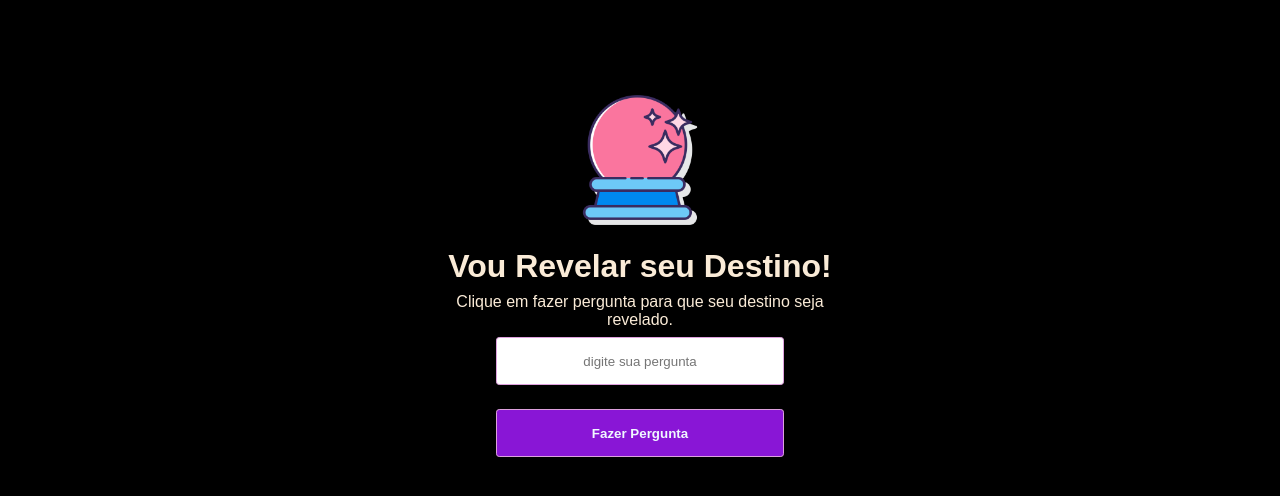
Repository: guilhermecardoso93/nlwexplorer
Page: index.html
An editor plug-in stored every save of this project. The page is shown before and after the next save, followed by the edit.
The browser window is 1280 px wide. The pictures show the whole page.

Above is the page before, as saved 2022-06-08 23:53:27.

After the next save:
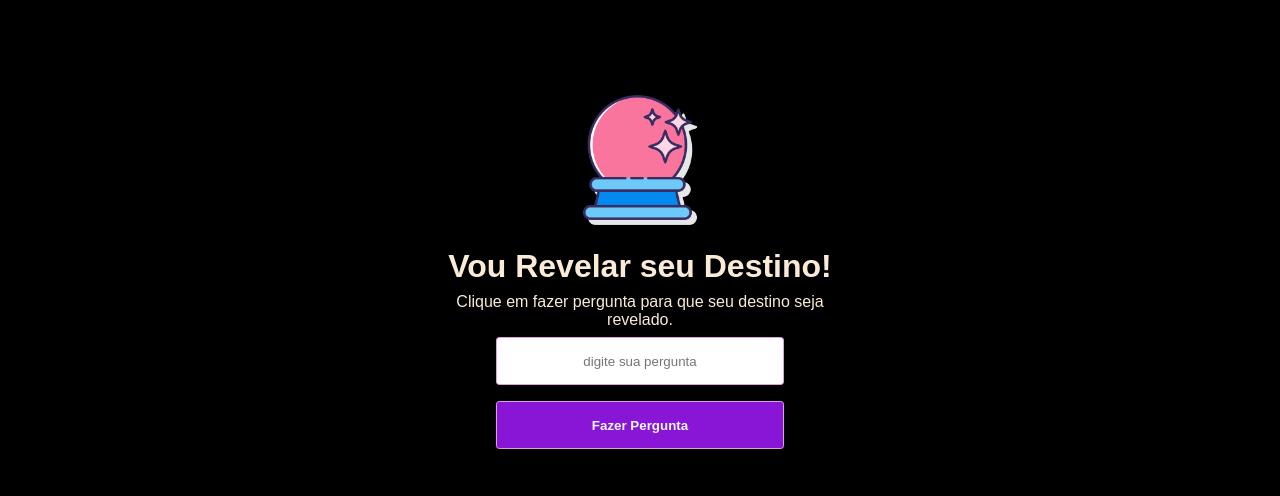
Saved 5 s later.
--- a/styles.css
+++ b/styles.css
@@ -48,7 +48,7 @@ button {
   background-color: rgb(137, 22, 214);
   border: 1px solid plum;
   border-radius: 0.2rem;
-  margin-top: 1rem;
+  margin-top: 0.5rem;
 }
 
 button:hover {
